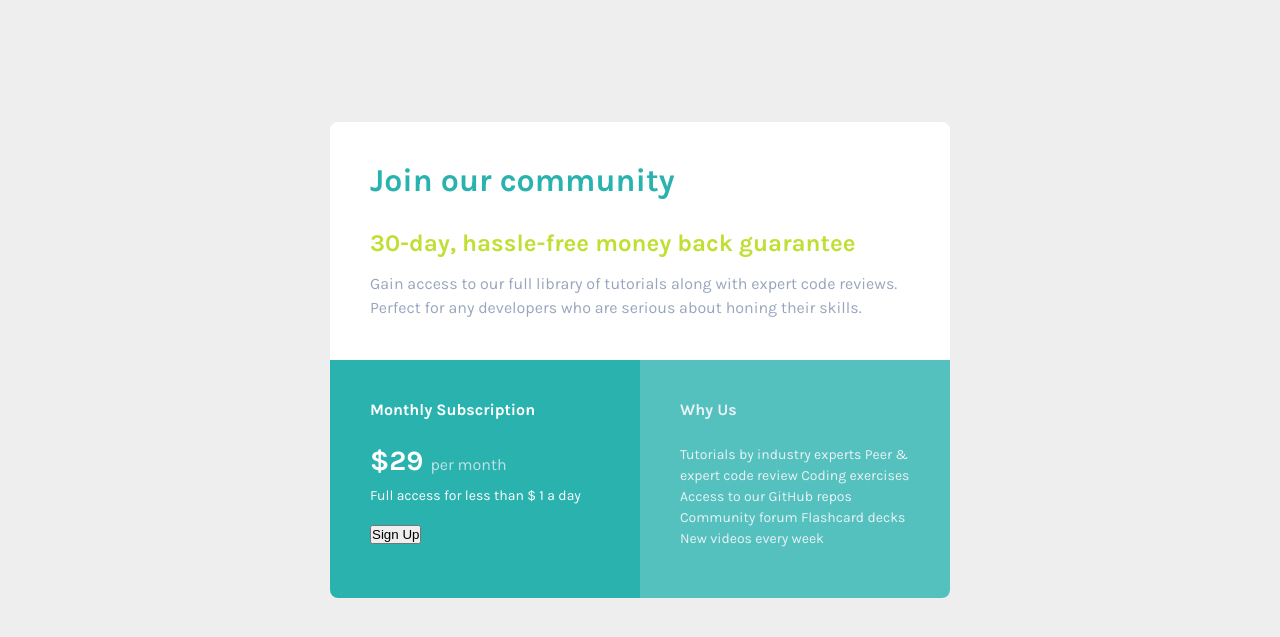
Repository: Akashiii1/WebSingleGrid_Day3
Page: index.html
These files come from the project's save history. The page is drawn as it stood at one moment and after the next save; the edit follows.
The browser window is 1280 px wide. The pictures show the whole page.

Above is the page before, as saved 2021-12-22 01:59:44.

After the next save:
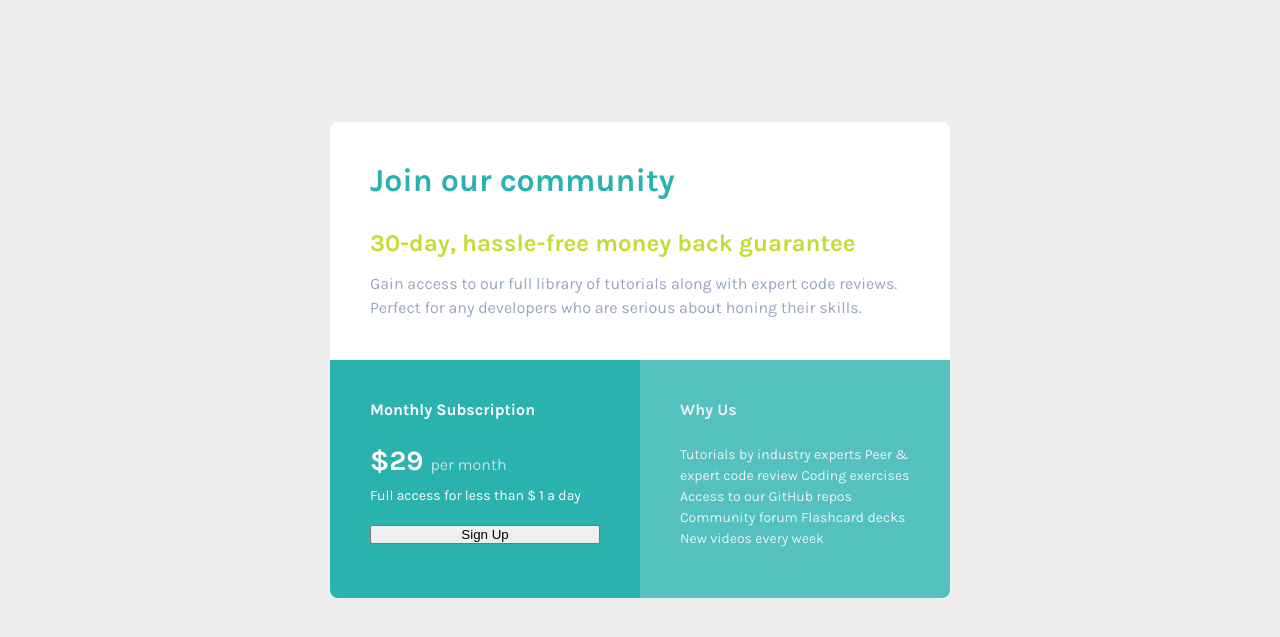
Saved 11 s later.
--- a/style.css
+++ b/style.css
@@ -123,3 +123,6 @@ body{
   line-height: 1.5;
   margin-right: auto;
 }
+.btn{
+  width: 100%;
+}
